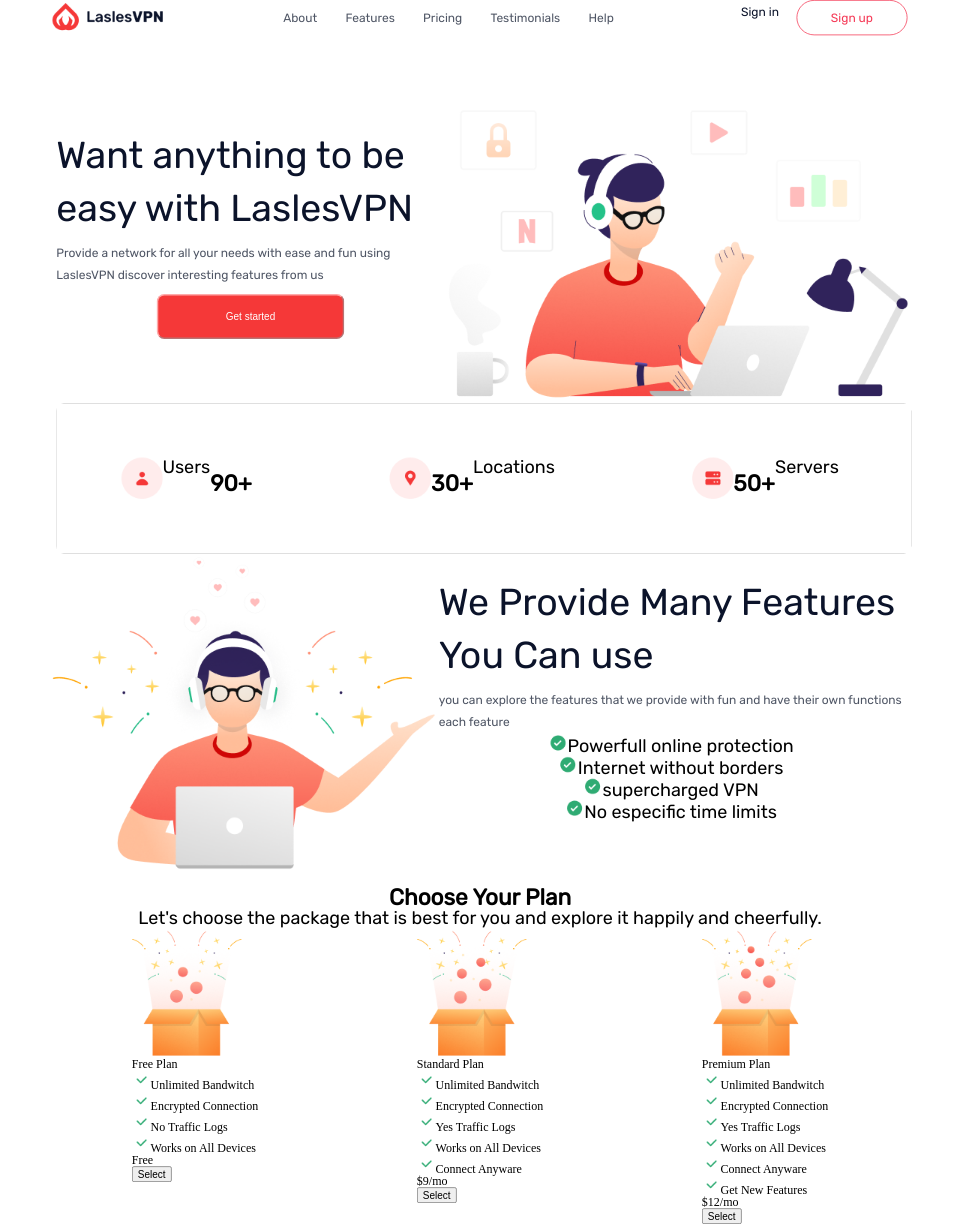
Repository: RaphaelMatheus-br/LP-251123
Page: index.html
These files come from the project's save history. The page is drawn as it stood at one moment and after the next save; the edit follows.
The browser window is 1280 px wide. The pictures show the whole page, at 75% of full size.

Above is the page before, as saved 2023-11-25 16:22:04.

After the next save:
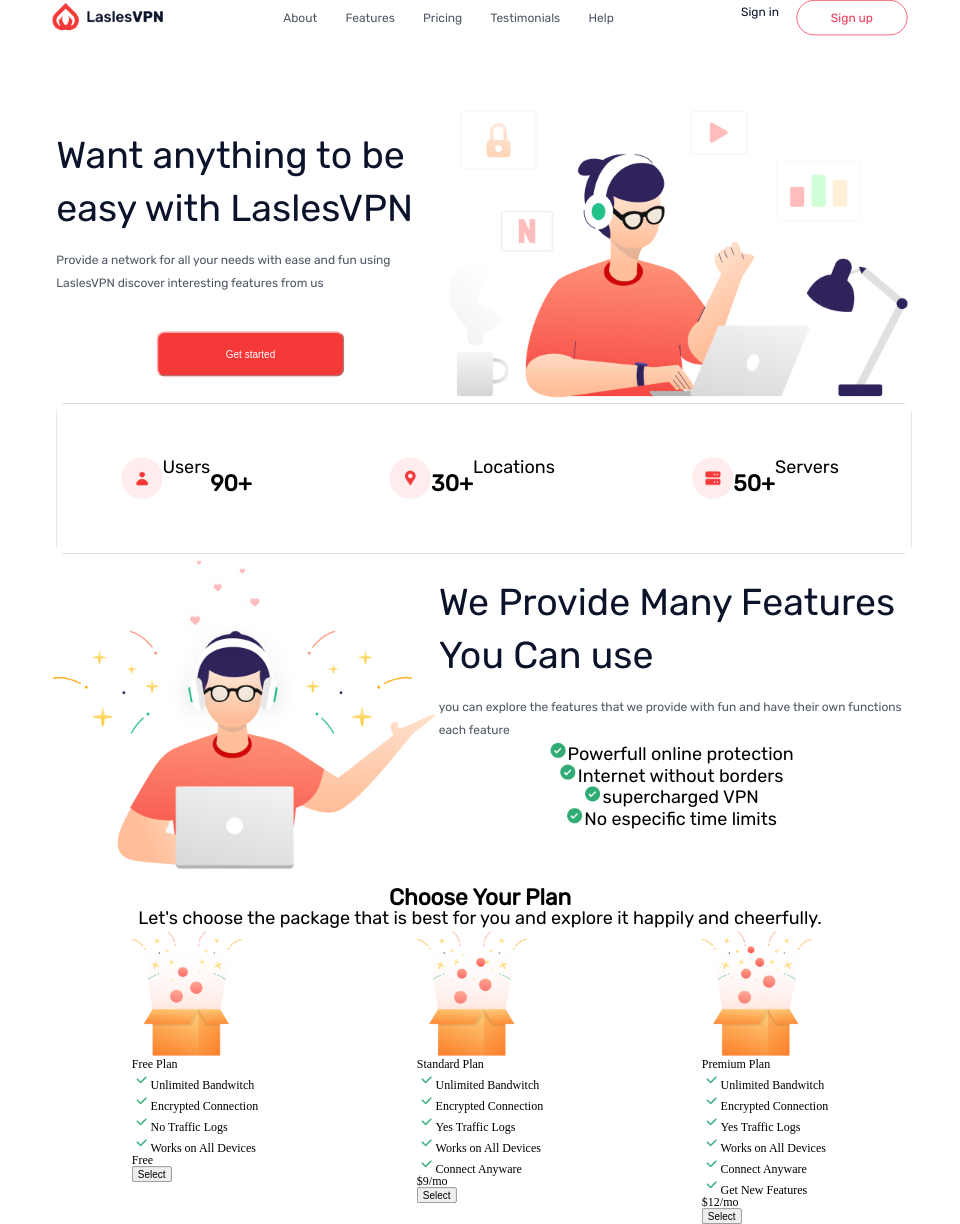
Saved 17 s later.
--- a/style.css
+++ b/style.css
@@ -168,7 +168,7 @@
     font-weight: 400;
     line-height: 30px; /* 187.5% */
     text-align: left;
-    margin-top: 10px;
+    margin-top: 20px;
 }
 
 .sobre__botao {
@@ -179,7 +179,7 @@
 border-color: rgba(255, 193, 193, 0.842);
 background: #F53838;
 color: white;
-margin-top: 10px;
+margin-top: 50px;
 }
 
 .rectangle {
